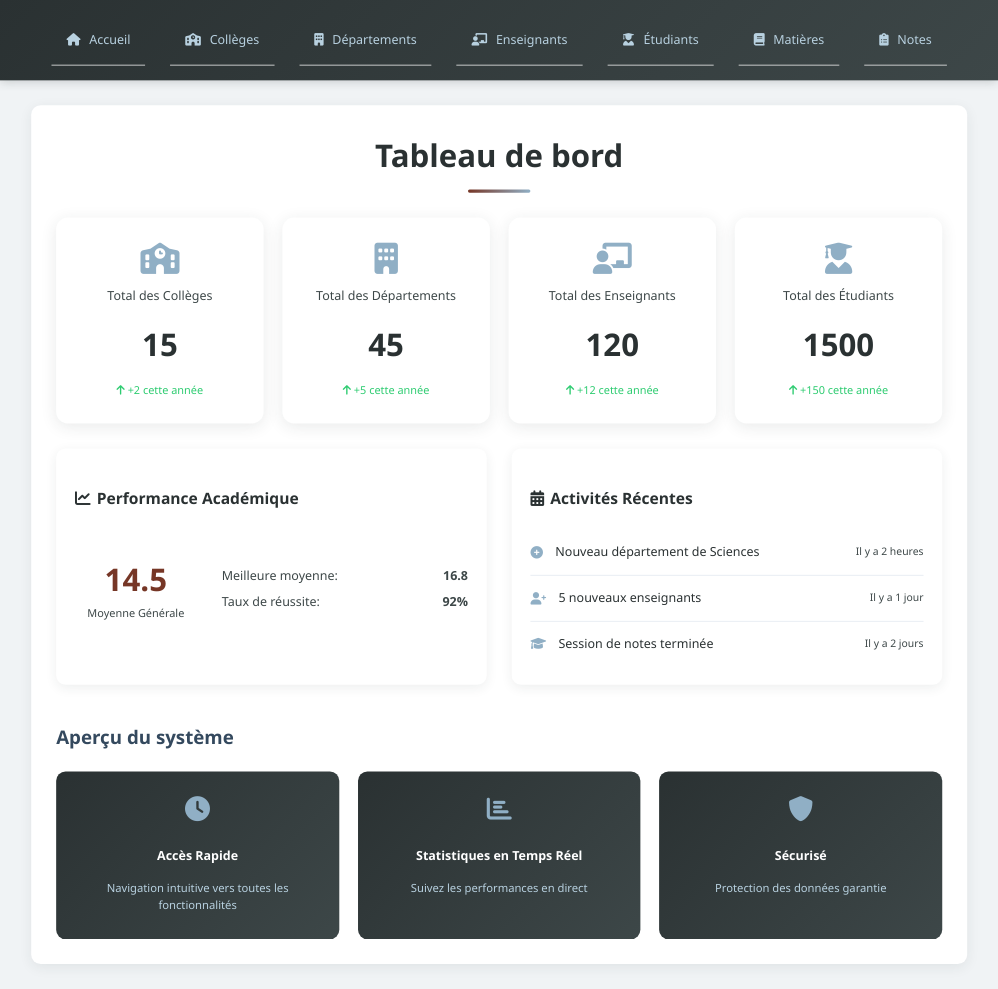
Repository: Ishimw3/college-management
Page: index.html
These files come from the project's save history. The page is drawn as it stood at one moment and after the next save; the edit follows.
The browser window is 1280 px wide. The pictures show the whole page, at 78% of full size.

Above is the page before, as saved 2025-02-24 21:40:28.
Console error: ReferenceError: data is not defined

### index.html
<!DOCTYPE html>
<html lang="fr">
<head>
    <meta charset="UTF-8">
    <meta name="viewport" content="width=device-width, initial-scale=1.0">
    <title>Système de Gestion des Collèges</title>
    <link rel="stylesheet" href="assets/css/main.css">
    <link rel="stylesheet" href="https://cdnjs.cloudflare.com/ajax/libs/font-awesome/6.0.0-beta3/css/all.min.css">
</head>
<body>
    <nav>
        <ul>
            <li><a href="index.html"><i class="fas fa-home"></i> Accueil</a></li>
            <li><a href="pages/colleges.html"><i class="fas fa-school"></i> Collèges</a></li>
            <li><a href="pages/departements.html"><i class="fas fa-building"></i> Départements</a></li>
            <li><a href="pages/teachers.html"><i class="fas fa-chalkboard-teacher"></i> Enseignants</a></li>
            <li><a href="pages/students.html"><i class="fas fa-user-graduate"></i> Étudiants</a></li>
            <li><a href="pages/subjects.html"><i class="fas fa-book"></i> Matières</a></li>
            <li><a href="pages/grades.html"><i class="fas fa-clipboard-list"></i> Notes</a></li>
        </ul>
    </nav>

    <div class="container dashboard-container">
        <h1>Tableau de bord</h1>

        <!-- Statistiques principales -->
        <div class="stats-grid main-stats">
            <div class="stat-card">
                <div class="stat-item">
                    <i class="fas fa-school stat-icon"></i>
                    <div class="stat-label">Total des Collèges</div>
                    <div class="stat-value">15</div>
                    <div class="stat-trend positive">
                        <i class="fas fa-arrow-up"></i> +2 cette année
                    </div>
                </div>
            </div>
            <div class="stat-card">
                <div class="stat-item">
                    <i class="fas fa-building stat-icon"></i>
                    <div class="stat-label">Total des Départements</div>
                    <div class="stat-value">45</div>
                    <div class="stat-trend positive">
                        <i class="fas fa-arrow-up"></i> +5 cette année
                    </div>
                </div>
            </div>
            <div class="stat-card">
                <div class="stat-item">
                    <i class="fas fa-chalkboard-teacher stat-icon"></i>
                    <div class="stat-label">Total des Enseignants</div>
                    <div class="stat-value">120</div>
                    <div class="stat-trend positive">
                        <i class="fas fa-arrow-up"></i> +12 cette année
                    </div>
                </div>
            </div>
            <div class="stat-card">
                <div class="stat-item">
                    <i class="fas fa-user-graduate stat-icon"></i>
                    <div class="stat-label">Total des Étudiants</div>
                    <div class="stat-value">1500</div>
                    <div class="stat-trend positive">
                        <i class="fas fa-arrow-up"></i> +150 cette année
                    </div>
                </div>
            </div>
        </div>

        <!-- Sections rapides -->
        <div class="quick-access-grid">
            <div class="quick-access-card">
                <h3><i class="fas fa-chart-line"></i> Performance Académique</h3>
                <div class="performance-stats">
                    <div class="chart-container">
                        <div class="chart-value">14.5</div>
                        <div class="chart-label">Moyenne Générale</div>
                    </div>
                    <div class="performance-details">
                        <div class="detail-item">
                            <span>Meilleure moyenne:</span>
                            <strong>16.8</strong>
                        </div>
                        <div class="detail-item">
                            <span>Taux de réussite:</span>
                            <strong>92%</strong>
                        </div>
                    </div>
                </div>
            </div>

            <div class="quick-access-card">
                <h3><i class="fas fa-calendar-alt"></i> Activités Récentes</h3>
                <ul class="activity-list">
                    <li>
                        <i class="fas fa-plus-circle"></i>
                        <span>Nouveau département de Sciences</span>
                        <small>Il y a 2 heures</small>
                    </li>
                    <li>
                        <i class="fas fa-user-plus"></i>
                        <span>5 nouveaux enseignants</span>
                        <small>Il y a 1 jour</small>
                    </li>
                    <li>
                        <i class="fas fa-graduation-cap"></i>
                        <span>Session de notes terminée</span>
                        <small>Il y a 2 jours</small>
                    </li>
                </ul>
            </div>
        </div>

        <!-- Aperçu du système -->
        <div class="system-overview">
            <h2>Aperçu du système</h2>
            <div class="overview-grid">
                <div class="overview-card">
                    <i class="fas fa-clock"></i>
                    <h4>Accès Rapide</h4>
                    <p>Navigation intuitive vers toutes les fonctionnalités</p>
                </div>
                <div class="overview-card">
                    <i class="fas fa-chart-bar"></i>
                    <h4>Statistiques en Temps Réel</h4>
                    <p>Suivez les performances en direct</p>
                </div>
                <div class="overview-card">
                    <i class="fas fa-shield-alt"></i>
                    <h4>Sécurisé</h4>
                    <p>Protection des données garantie</p>
                </div>
            </div>
        </div>
    </div>

    <script src="assets/js/utils.js"></script>
    <script src="assets/js/main.js"></script>
    <script src="assets/js/app.js"></script>
</body>
</html>

### assets/css/main.css
:root {
    --charcoal: #2A3132;
    --rust: #763626;
    --sky-blue: #90AFC5;
    --light-sky: #b8d1e0;
    --dark-rust: #562419;
    --light-charcoal: #3d4748;
    --input-bg: #f8fafc;
    --input-border: #e2e8f0;
    --input-focus-border: var(--sky-blue);
    --input-shadow: rgba(144, 175, 197, 0.1);
    --form-shadow: rgba(42, 49, 50, 0.04);
}

/* Reset et styles de base */
* {
    margin: 0;
    padding: 0;
    box-sizing: border-box;
}

body {
    font-family: 'Segoe UI', Tahoma, Geneva, Verdana, sans-serif;
    line-height: 1.6;
    color: var(--charcoal);
    background-color: #f0f3f5;
}

/* Navigation */
nav {
    background: linear-gradient(135deg, var(--charcoal), var(--light-charcoal));
    padding: 1.2rem;
    box-shadow: 0 4px 12px rgba(42, 49, 50, 0.2);
}

nav ul {
    list-style: none;
    display: flex;
    justify-content: center;
    gap: 2rem;
    max-width: 1200px;
    margin: 0 auto;
}

nav a {
    color: var(--light-sky);
    text-decoration: none;
    padding: 0.7rem 1.2rem;
    border-radius: 6px;
    transition: all 0.3s ease;
    display: flex;
    align-items: center;
    gap: 0.7rem;
}

nav a:hover {
    background-color: var(--rust);
    transform: translateY(-2px);
    color: white;
}

/* Conteneur principal */
.container {
    max-width: 1200px;
    margin: 2rem auto;
    padding: 2rem;
    background-color: white;
    border-radius: 12px;
    box-shadow: 0 4px 16px rgba(42, 49, 50, 0.08);
}

/* En-têtes */
h1 {
    margin-bottom: 2rem;
    color: var(--charcoal);
    font-size: 2.5rem;
    text-align: center;
    position: relative;
    padding-bottom: 1rem;
}

h1:after {
    content: '';
    position: absolute;
    bottom: 0;
    left: 50%;
    transform: translateX(-50%);
    width: 80px;
    height: 4px;
    background: linear-gradient(90deg, var(--rust), var(--sky-blue));
    border-radius: 2px;
}

h2, h3 {
    margin: 1.5rem 0;
    color: #34495e;
    font-family: 'Segoe UI', Tahoma, Geneva, Verdana, sans-serif;
}

/* Sections */
.form-section, .list-section {
    margin-bottom: 3rem;
}

.form-section {
    background: white;
    padding: 2rem;
    border-radius: 12px;
    box-shadow: 0 4px 16px var(--form-shadow);
    margin-bottom: 3rem;
}

/* Formulaires */
.form-group {
    margin-bottom: 1.5rem;
    position: relative;
}

label {
    display: block;
    margin-bottom: 0.5rem;
    font-weight: 500;
    color: var(--charcoal);
    transition: all 0.3s ease;
    font-size: 0.95rem;
}

input, select, textarea {
    width: 100%;
    padding: 0.9rem 1rem;
    border: 2px solid var(--input-border);
    border-radius: 8px;
    background: var(--input-bg);
    font-size: 1rem;
    transition: all 0.3s ease;
    color: var(--charcoal);
}

input:hover, select:hover, textarea:hover {
    border-color: var(--sky-blue);
    background: white;
}

input:focus, select:focus, textarea:focus {
    border-color: var(--sky-blue);
    background: white;
    outline: none;
    box-shadow: 0 0 0 4px var(--input-shadow);
}

/* Style pour les champs requis */
input:required + label::after,
select:required + label::after {
    content: '*';
    color: var(--rust);
    margin-left: 4px;
}

/* Style pour les champs valides/invalides */
input:valid,
select:valid {
    border-color: #2ecc71;
}

input:invalid:not(:placeholder-shown),
select:invalid:not(:focus) {
    border-color: var(--rust);
}

/* Boutons de formulaire */
form button {
    background: linear-gradient(135deg, var(--charcoal), var(--light-charcoal));
    color: white;
    padding: 1rem 2rem;
    border: none;
    border-radius: 8px;
    font-weight: 500;
    font-size: 1rem;
    cursor: pointer;
    transition: all 0.3s ease;
    width: 100%;
    margin-top: 1rem;
}

form button:hover {
    background: linear-gradient(135deg, var(--rust), var(--dark-rust));
    transform: translateY(-2px);
    box-shadow: 0 4px 12px rgba(118, 54, 38, 0.2);
}

form button:active {
    transform: translateY(0);
}

/* Animation de focus pour les labels */
.form-group:focus-within label {
    color: var(--sky-blue);
    transform: translateY(-2px);
}

/* Style pour les select */
select {
    appearance: none;
    background-image: url("data:[embedded picture, 259 characters]");
    background-repeat: no-repeat;
    background-position: right 1rem center;
    padding-right: 2.5rem;
}

/* Groupes de formulaires en colonnes */
@media (min-width: 768px) {
    .form-row {
        display: grid;
        grid-template-columns: repeat(2, 1fr);
        gap: 1.5rem;
    }
}

/* Message d'aide pour les champs */
.form-help {
    font-size: 0.85rem;
    color: #666;
    margin-top: 0.25rem;
}

/* Animation de chargement pour les boutons */
form button.loading {
    position: relative;
    color: transparent;
}

form button.loading::after {
    content: '';
    position: absolute;
    width: 20px;
    height: 20px;
    top: 50%;
    left: 50%;
    margin: -10px 0 0 -10px;
    border: 2px solid rgba(255,255,255,0.3);
    border-radius: 50%;
    border-top-color: white;
    animation: spin 0.8s infinite linear;
}

@keyframes spin {
    to { transform: rotate(360deg); }
}

/* Liste sans puces */
ul {
    list-style: none;
    padding: 0;
}

ul li {
    padding: 0.5rem 0;
    border-bottom: 1px solid #eee;
}

/* États des salles */
.rooms-list td:last-child {
    font-weight: 500;
}

.rooms-list td:last-child:contains('Disponible') {
    color: #2ecc71;
}

.rooms-list td:last-child:contains('En cours') {
    color: var(--rust);
}

/* Tableaux */
table {
    width: 100%;
    border-collapse: separate;
    border-spacing: 0;
    margin: 1.5rem 0;
    background-color: white;
    border-radius: 12px;
    overflow: hidden;
    box-shadow: 0 4px 12px rgba(42, 49, 50, 0.08);
    border: 1px solid var(--input-border);
}

thead {
    background: linear-gradient(135deg, var(--charcoal), var(--light-charcoal));
    color: white;
}

th {
    padding: 1.2rem 1rem;
    text-align: left;
    font-weight: 500;
    font-size: 0.95rem;
    text-transform: uppercase;
    letter-spacing: 0.5px;
    border-bottom: 2px solid var(--input-border);
    position: relative;
    cursor: pointer;
    transition: all 0.3s ease;
}

th:hover {
    background-color: var(--light-charcoal);
}

th:after {
    content: '↕';
    position: absolute;
    right: 8px;
    opacity: 0.5;
}

td {
    padding: 1rem;
    border-bottom: 1px solid var(--input-border);
    color: var(--charcoal);
    transition: all 0.2s ease;
}

tbody tr {
    transition: all 0.2s ease;
}

tbody tr:hover {
    background-color: rgba(144, 175, 197, 0.1);
    transform: translateX(4px);
}

tbody tr:last-child td {
    border-bottom: none;
}

/* Actions dans les tableaux */
td .btn-view,
td .btn-edit,
td .btn-delete {
    padding: 0.5rem 1rem;
    border-radius: 6px;
    font-size: 0.875rem;
    margin: 0 0.25rem;
    transition: all 0.3s ease;
}

td .btn-view {
    background: var(--sky-blue);
    color: white;
}

td .btn-edit {
    background: var(--light-charcoal);
    color: white;
}

td .btn-delete {
    background: var(--rust);
    color: white;
}

td .btn-view:hover,
td .btn-edit:hover,
td .btn-delete:hover {
    transform: translateY(-2px);
    box-shadow: 0 4px 8px rgba(0,0,0,0.1);
}

/* Styles pour les cellules spéciales */
td .contact-info {
    display: block;
    font-size: 0.875rem;
    color: var(--light-charcoal);
    line-height: 1.4;
}

td a {
    color: var(--sky-blue);
    text-decoration: none;
    transition: all 0.2s ease;
}

td a:hover {
    color: var(--rust);
    text-decoration: underline;
}

/* Indicateurs de statut */
.status-indicator {
    display: inline-block;
    width: 8px;
    height: 8px;
    border-radius: 50%;
    margin-right: 8px;
}

.status-active {
    background-color: #2ecc71;
}

.status-inactive {
    background-color: var(--rust);
}

/* Responsive pour les tableaux */
@media (max-width: 768px) {
    table {
        display: block;
        overflow-x: auto;
        white-space: nowrap;
        -webkit-overflow-scrolling: touch;
    }

    th, td {
        min-width: 120px;
    }

    td .btn-view,
    td .btn-edit,
    td .btn-delete {
        padding: 0.4rem 0.8rem;
        font-size: 0.8rem;
    }
}

/* Améliorations pour l'impression */
@media print {
    .filters,
    .form-section,
    .btn-edit,
    .btn-delete {
        display: none;
    }

    .stats-grid {
        display: block;
    }

    .stat-card {
        page-break-inside: avoid;
        margin-bottom: 1rem;
    }
}

/* Responsive pour petits écrans */
@media (max-width: 576px) {
    .stats-grid {
        grid-template-columns: 1fr;
    }

    .filters {
        grid-template-columns: 1fr;
    }

    .stat-item {
        padding: 0.75rem;
    }

    .stat-value {
        font-size: 1.25rem;
    }
}

/* Notifications */
.notification {
    position: fixed;
    top: 20px;
    right: 20px;
    padding: 1rem 2rem;
    border-radius: 8px;
    background: var(--charcoal);
    color: white;
    box-shadow: 0 4px 12px rgba(0,0,0,0.1);
    z-index: 1000;
    animation: slideIn 0.3s ease, slideOut 0.3s ease 2.7s;
}

.notification.success {
    background: #2ecc71;
}

.notification.error {
    background: var(--rust);
}

@keyframes slideIn {
    from { transform: translateX(100%); opacity: 0; }
    to { transform: translateX(0); opacity: 1; }
}

@keyframes slideOut {
    from { transform: translateX(0); opacity: 1; }
    to { transform: translateX(100%); opacity: 0; }
}

/* Dashboard Styles */
.dashboard-container {
    padding: 2rem;
}

.main-stats .stat-card {
    background: white;
    padding: 2rem;
    border-radius: 15px;
    box-shadow: 0 4px 20px rgba(42, 49, 50, 0.1);
    transition: all 0.3s ease;
}

.main-stats .stat-icon {
    font-size: 2.5rem;
    color: var(--sky-blue);
    margin-bottom: 1rem;
}

.stat-trend {
    font-size: 0.875rem;
    color: #2ecc71;
    margin-top: 0.5rem;
}

.stat-trend.positive {
    color: #2ecc71;
}

.stat-trend.negative {
    color: var(--rust);
}

/* Quick Access Grid */
.quick-access-grid {
    display: grid;
    grid-template-columns: repeat(auto-fit, minmax(300px, 1fr));
    gap: 2rem;
    margin: 2rem 0;
}

.quick-access-card {
    background: white;
    padding: 1.5rem;
    border-radius: 12px;
    box-shadow: 0 4px 15px rgba(42, 49, 50, 0.08);
}

.quick-access-card h3 {
    color: var(--charcoal);
    font-size: 1.25rem;
    margin-bottom: 1.5rem;
    display: flex;
    align-items: center;
    gap: 0.5rem;
}

/* Performance Stats */
.performance-stats {
    display: flex;
    justify-content: space-between;
    align-items: center;
    padding: 1rem 0;
}

.chart-container {
    text-align: center;
    padding: 1rem;
}

.chart-value {
    font-size: 2.5rem;
    font-weight: bold;
    color: var(--rust);
}

.chart-label {
    color: var(--light-charcoal);
    font-size: 0.875rem;
}

.performance-details {
    flex: 1;
    padding-left: 2rem;
}

.detail-item {
    display: flex;
    justify-content: space-between;
    margin: 0.5rem 0;
    color: var(--light-charcoal);
}

/* Activity List */
.activity-list {
    list-style: none;
    padding: 0;
}

.activity-list li {
    display: flex;
    align-items: center;
    padding: 1rem 0;
    border-bottom: 1px solid var(--input-border);
    gap: 1rem;
}

.activity-list li:last-child {
    border-bottom: none;
}

.activity-list i {
    color: var(--sky-blue);
}

.activity-list small {
    color: var(--light-charcoal);
    margin-left: auto;
}

/* System Overview */
.system-overview {
    margin-top: 3rem;
}

.overview-grid {
    display: grid;
    grid-template-columns: repeat(auto-fit, minmax(250px, 1fr));
    gap: 1.5rem;
    margin-top: 1.5rem;
}

.overview-card {
    background: linear-gradient(135deg, var(--charcoal), var(--light-charcoal));
    color: white;
    padding: 2rem;
    border-radius: 12px;
    text-align: center;
    transition: all 0.3s ease;
}

.overview-card:hover {
    transform: translateY(-5px);
}

.overview-card i {
    font-size: 2rem;
    margin-bottom: 1rem;
    color: var(--sky-blue);
}

.overview-card h4 {
    margin: 1rem 0;
    color: white;
}

.overview-card p {
    color: var(--light-sky);
    font-size: 0.9rem;
}

/* Responsive adjustments */
@media (max-width: 768px) {
    .quick-access-grid {
        grid-template-columns: 1fr;
    }

    .performance-stats {
        flex-direction: column;
        text-align: center;
    }

    .performance-details {
        padding-left: 0;
        margin-top: 1rem;
    }
}

/* Stats Grid Improvements */
.main-stats {
    display: grid;
    grid-template-columns: repeat(auto-fit, minmax(240px, 1fr));
    gap: 1.5rem;
    margin: 2rem 0;
}

.main-stats .stat-card {
    height: 100%;
    display: flex;
    flex-direction: column;
    background: white;
    padding: 2rem;
    border-radius: 15px;
    box-shadow: 0 4px 20px rgba(42, 49, 50, 0.1);
    transition: all 0.3s ease;
}

.main-stats .stat-item {
    display: flex;
    flex-direction: column;
    align-items: center;
    justify-content: center;
    text-align: center;
    height: 100%;
}

.main-stats .stat-icon {
    font-size: 2.5rem;
    color: var(--sky-blue);
    margin-bottom: 1rem;
    transition: transform 0.3s ease;
}

.main-stats .stat-card:hover {
    transform: translateY(-5px);
}

.main-stats .stat-card:hover .stat-icon {
    transform: scale(1.1);
    color: var(--rust);
}

.main-stats .stat-value {
    font-size: 2.5rem;
    font-weight: bold;
    color: var(--charcoal);
    margin: 0.5rem 0;
}

.main-stats .stat-label {
    font-size: 1rem;
    color: var(--light-charcoal);
    margin-bottom: 0.5rem;
}

/* Responsive adjustments for main stats */
@media (max-width: 1200px) {
    .main-stats {
        grid-template-columns: repeat(2, 1fr);
    }
}

@media (max-width: 768px) {
    .main-stats {
        grid-template-columns: repeat(2, 1fr);
        gap: 1rem;
    }

    .main-stats .stat-value {
        font-size: 2rem;
    }
}

@media (max-width: 576px) {
    .main-stats {
        grid-template-columns: 1fr;
    }

    .main-stats .stat-card {
        padding: 1.5rem;
    }
}

### assets/js/utils.js
// ...existing code...

const DataManager = {
    // Stockage local
    saveData() {
        localStorage.setItem('collegeData', JSON.stringify(data));
    },

    loadData() {
        const savedData = localStorage.getItem('collegeData');
        if (savedData) {
            data = JSON.parse(savedData);
        }
    },

    // CRUD Opérations génériques
    add(type, item) {
        item.id = Date.now(); // Simple ID unique
        data[type].push(item);
        this.saveData();
        return item;
    },

    update(type, id, updates) {
        const index = data[type].findIndex(item => item.id === id);
        if (index !== -1) {
            data[type][index] = { ...data[type][index], ...updates };
            this.saveData();
            return true;
        }
        return false;
    },

    delete(type, id) {
        data[type] = data[type].filter(item => item.id !== id);
        this.saveData();
    },

    get(type, id) {
        return data[type].find(item => item.id === id);
    },

    getAll(type) {
        return data[type];
    }
};

// ...existing code...

### assets/js/main.js
document.addEventListener('DOMContentLoaded', () => {
    // Initialisation des données
    let data = {
        colleges: [],
        departements: [],
        enseignants: [],
        etudiants: [],
        matieres: [],
        notes: []
    };

    // Initialisation
    const initialize = () => {
        DataManager.loadData();
        UIManager.initializeForms();
        UIManager.initializeTables();
        UIManager.setupPrintButtons();
        UIManager.initializeDetailViews();
        UIManager.updateAverages();
    };

    initialize();
});

Loaded but not shown: assets/js/app.js (231 lines, source omitted); assets/js/free-api-integration.js (no stored copy; drawn as an empty file)

After the next save:
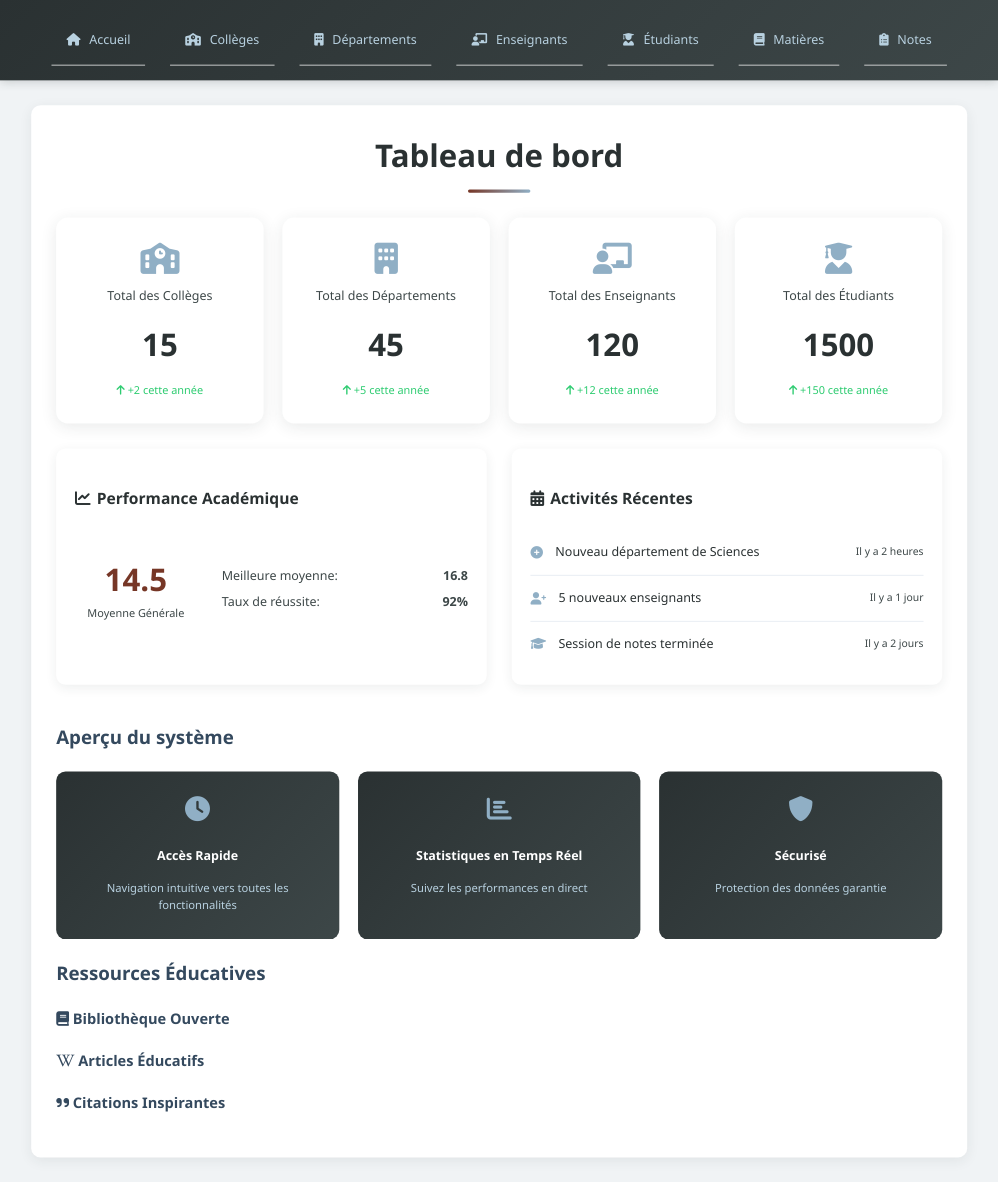
Console error: ReferenceError: UIManager is not defined
Saved 88 s later.
--- a/index.html
+++ b/index.html
@@ -132,10 +132,37 @@
                 </div>
             </div>
         </div>
+
+        <!-- Ressources Éducatives -->
+        <div class="educational-resources">
+            <h2>Ressources Éducatives</h2>
+            <div class="resources-grid">
+                <div class="resource-card open-library">
+                    <h3><i class="fas fa-book"></i> Bibliothèque Ouverte</h3>
+                    <div id="open-library-content" class="api-content">
+                        <!-- Populated by API -->
+                    </div>
+                </div>
+
+                <div class="resource-card wikipedia">
+                    <h3><i class="fab fa-wikipedia-w"></i> Articles Éducatifs</h3>
+                    <div id="wikipedia-content" class="api-content">
+                        <!-- Populated by API -->
+                    </div>
+                </div>
+
+                <div class="resource-card quotes">
+                    <h3><i class="fas fa-quote-right"></i> Citations Inspirantes</h3>
+                    <div id="quotes-content" class="api-content">
+                        <!-- Populated by API -->
+                    </div>
+                </div>
+            </div>
+        </div>
     </div>
 
     <script src="assets/js/utils.js"></script>
     <script src="assets/js/main.js"></script>
-    <script src="assets/js/app.js"></script>
+    <script src="assets/js/free-api-integration.js"></script>
 </body>
 </html>
